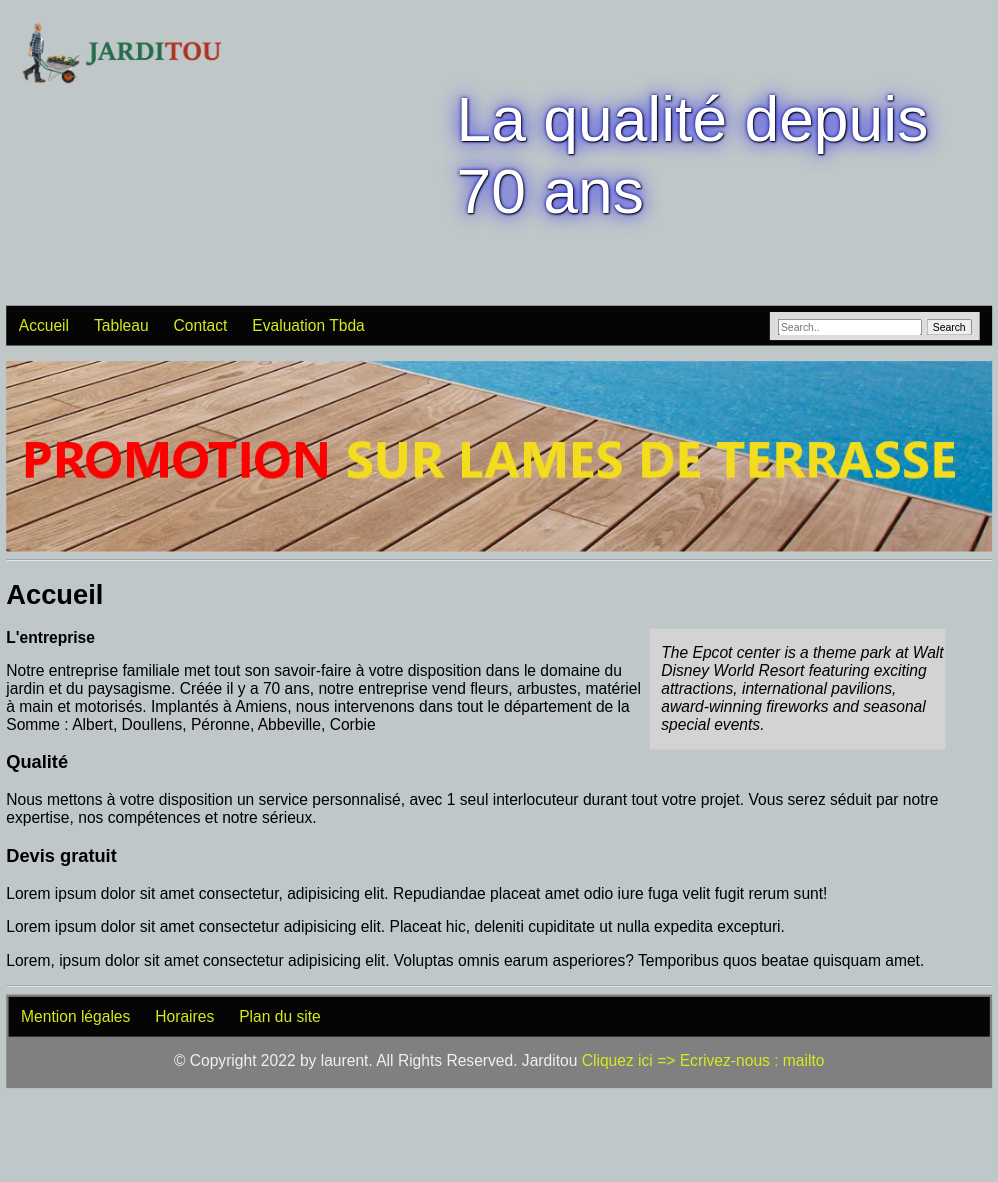
Repository: laurentbul/jarditou
Page: javascript/index.html
The author's editor kept a copy of each file at every save. The page is drawn from the files as they stood at one save, then again after the next save.
The browser window is 1280 px wide. The pictures show the whole page, at 78% of full size.

Above is the page before, as saved 2022-12-15 02:32:10.

After the next save:
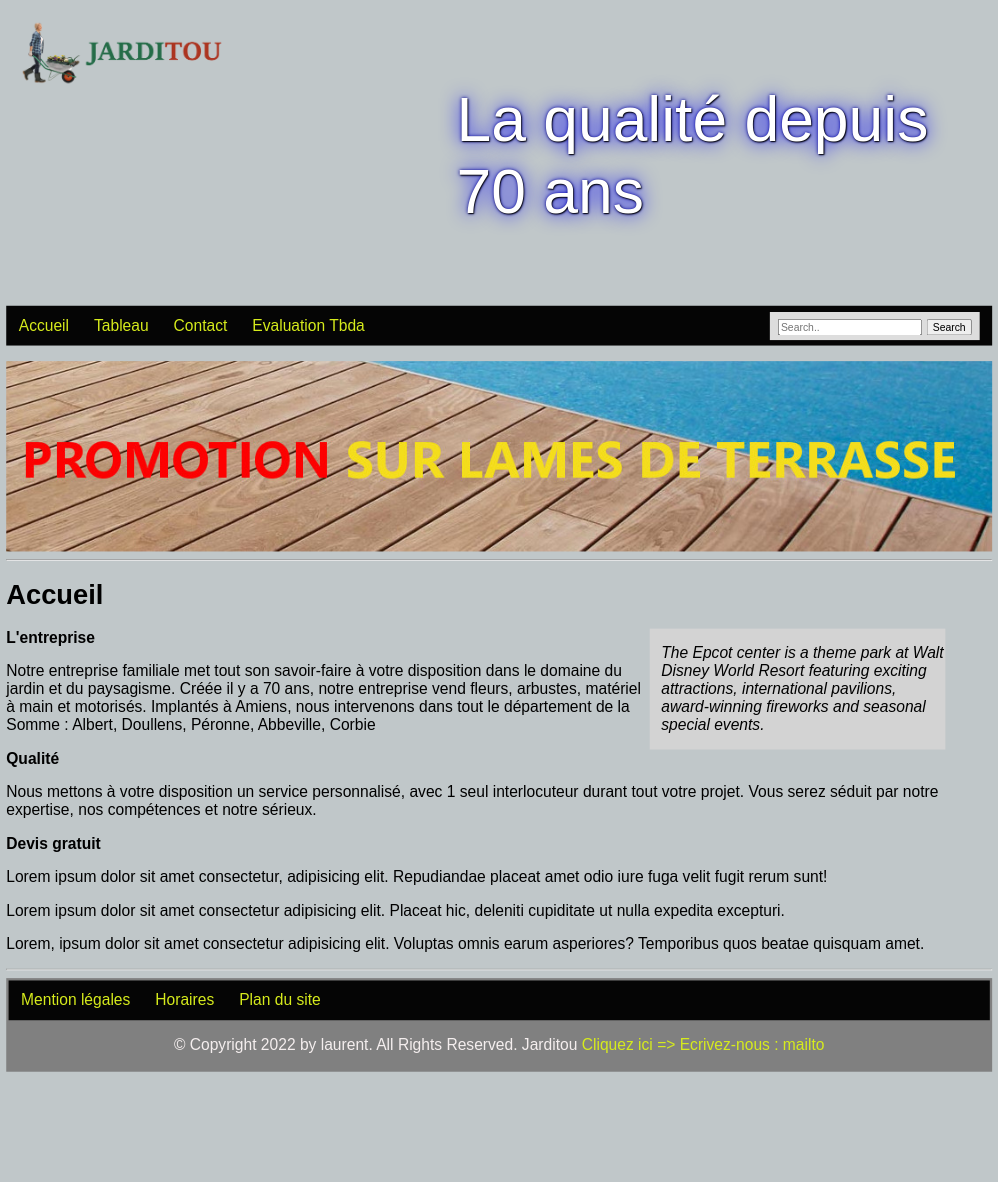
Saved 31 s later.
--- a/javascript/index.html
+++ b/javascript/index.html
@@ -58,7 +58,7 @@
         </p>
       </article>
       <article>
-        <h3>Qualité</h3>
+        <h2>Qualité</h2>
         <p>
           Nous mettons à votre disposition un service personnalisé, avec 1 seul interlocuteur durant tout votre projet.
 
@@ -66,7 +66,7 @@
         </p>
       </article>
       <article>
-        <h3>Devis gratuit</h3>
+        <h2>Devis gratuit</h2>
         <p>
           Lorem ipsum dolor sit amet consectetur, adipisicing elit.
           Repudiandae placeat amet odio iure fuga velit fugit rerum sunt!
